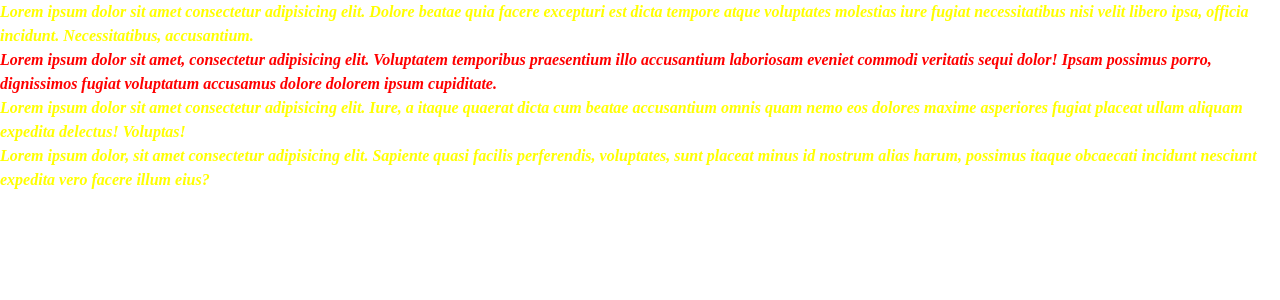
Repository: nguyenkien12345/Master-Css
Page: 1 so thuoc tinh css dac biet/index.html
An editor plug-in stored every save of this project. The page is shown before and after a run of saves, followed by the edit.
The browser window is 1280 px wide. The pictures show the whole page.

Above is the page before, as saved 2023-09-10 22:55:45.

### 1 so thuoc tinh css dac biet/index.html
<!DOCTYPE html>
<html lang="en">
<head>
    <meta charset="UTF-8">
    <meta http-equiv="X-UA-Compatible" content="IE=edge">
    <meta name="viewport" content="width=device-width, initial-scale=1.0">
    <title>1 số thuộc tính css đặc biệt</title>
</head>

    <style>
        *,
        *::before,
        *::after {
          box-sizing: border-box;
        }
        body,
        h1,
        h2,
        h3,
        h4,
        h5,
        h6,
        p,
        figure,
        picture {
          margin: 0;
        }
        body {
          min-height: 100vh;
          line-height: 1.5;
        }
        input,
        button,
        select,
        textarea {
          font: inherit;
        }
        img,
        picture {
          display: block;
          max-width: 100%;
        }
        /* remove animation for people who've turned them off */
        @media (prefers-reduced-motion: reduce) {
          *,
          *::before,
          *::after {
            animation-duration: 0.01ms !important;
            animation-iteration-count: 1 !important;
            transition-duration: 0.01ms !important;
            scroll-behavior: auto !important;
          }
        }

        /* .boxed {
            width: 100px;
            height: 100px;
            background-color: #6a5af9;
            margin-inline: auto;
        } */
        /* margin-inline: auto; tương ứng với margin-left: auto, margin-right: auto */
        /* margin-block: auto; tương ứng với margin-top: auto, margin-bottom: auto */
        /* padding-inline và padding-block tương tự như margin-inline, margin-block */
        /* --------------------------------------------------------------------------------------------------------------- */

        /* .aspect{
            aspect-ratio: 16/9;
        }

        .aspect img{
            width: 100%;
            height: 100%;
            object-fit: cover;
        } */
        /*  aspect-ratio: Hỗ trợ hiển thị ảnh theo tỷ lệ */
        /* --------------------------------------------------------------------------------------------------------------- */

        /* body {
            background-color: yellow;
            position: relative;
        }

        .child {
            position: absolute;
            top: 0;
            left: 0;
            right: 0;
            bottom: 0;
            background-color: blueviolet;
        } */
        /*
            Cách 1
            top: 0;
            left: 0;
            right: 0;
            bottom: 0;
        */
        /*
            Cách 2
            top: 0;
            left: 0;
            width: 100%;
            height: 100%;
        */
        /*
        - Thay cả 4 thằng top, bottom, left, right là inset: 0 (=> top right bottom left đều là 0)
        - inset: top right bottom left
        */

        /* selectors: is và where */
        /* div p, section p, main p,  article p {
          font-size: 16px;
          font-weight: 600;
          font-style: italic;
        } */

        div p { color: yellow; }
        section p { color: red; }
        main p { color: yellow; }
        article p { color: yellow; }

        /* Viết theo kiểu div p, section p, main p,  article p {} quá dài dòng nên ta sẽ có cách viết khác như sau: */
        /* Thay :where bằng :is cũng cho ra kết quả tương tự */
        :is(div, section, main, article) p {
          font-size: 16px;
          font-weight: 600;
          font-style: italic;
        }
    </style>

<body>
    <!--
      <div class="boxed">
        Evondev
      </div>
    -->

    <!--
      <div class="aspect">
        <img src="https://source.unsplash.com/random" alt=""/>
      </div>
    -->

    <!-- <div class="child"></div> -->

    <div>
      <p>Lorem ipsum dolor sit amet consectetur adipisicing elit. Dolore beatae quia facere excepturi est dicta tempore atque voluptates molestias iure fugiat necessitatibus nisi velit libero ipsa, officia incidunt. Necessitatibus, accusantium.</p>
    </div>
    <section>
      <p>Lorem ipsum dolor sit amet, consectetur adipisicing elit. Voluptatem temporibus praesentium illo accusantium laboriosam eveniet commodi veritatis sequi dolor! Ipsam possimus porro, dignissimos fugiat voluptatum accusamus dolore dolorem ipsum cupiditate.</p>
    </section>
    <main>
      <p>Lorem ipsum dolor sit amet consectetur adipisicing elit. Iure, a itaque quaerat dicta cum beatae accusantium omnis quam nemo eos dolores maxime asperiores fugiat placeat ullam aliquam expedita delectus! Voluptas!</p>
    </main>
    <article>
      <p>Lorem ipsum dolor, sit amet consectetur adipisicing elit. Sapiente quasi facilis perferendis, voluptates, sunt placeat minus id nostrum alias harum, possimus itaque obcaecati incidunt nesciunt expedita vero facere illum eius?</p>
    </article>
</body>
</html>

After the next 2 saves:
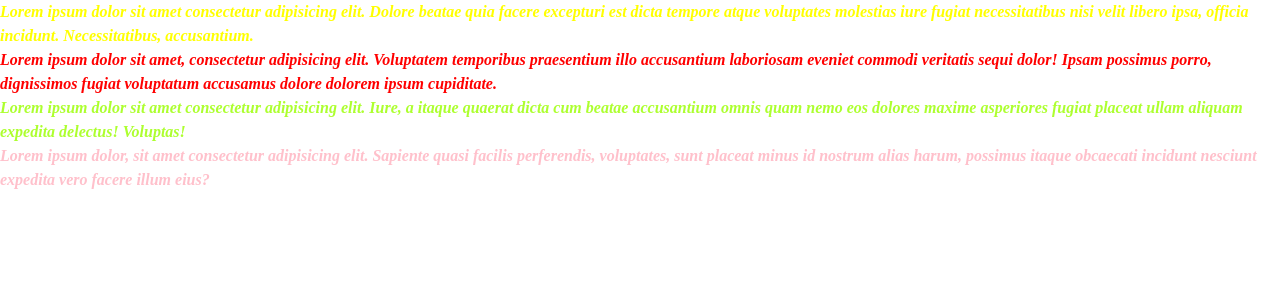
The 2 saves are shown as one change because they came seconds apart.
The last was saved 8 s later.
--- a/1 so thuoc tinh css dac biet/index.html
+++ b/1 so thuoc tinh css dac biet/index.html
@@ -116,8 +116,8 @@
 
         div p { color: yellow; }
         section p { color: red; }
-        main p { color: yellow; }
-        article p { color: yellow; }
+        main p { color: greenyellow; }
+        article p { color: pink; }
 
         /* Viết theo kiểu div p, section p, main p,  article p {} quá dài dòng nên ta sẽ có cách viết khác như sau: */
         /* Thay :where bằng :is cũng cho ra kết quả tương tự */
